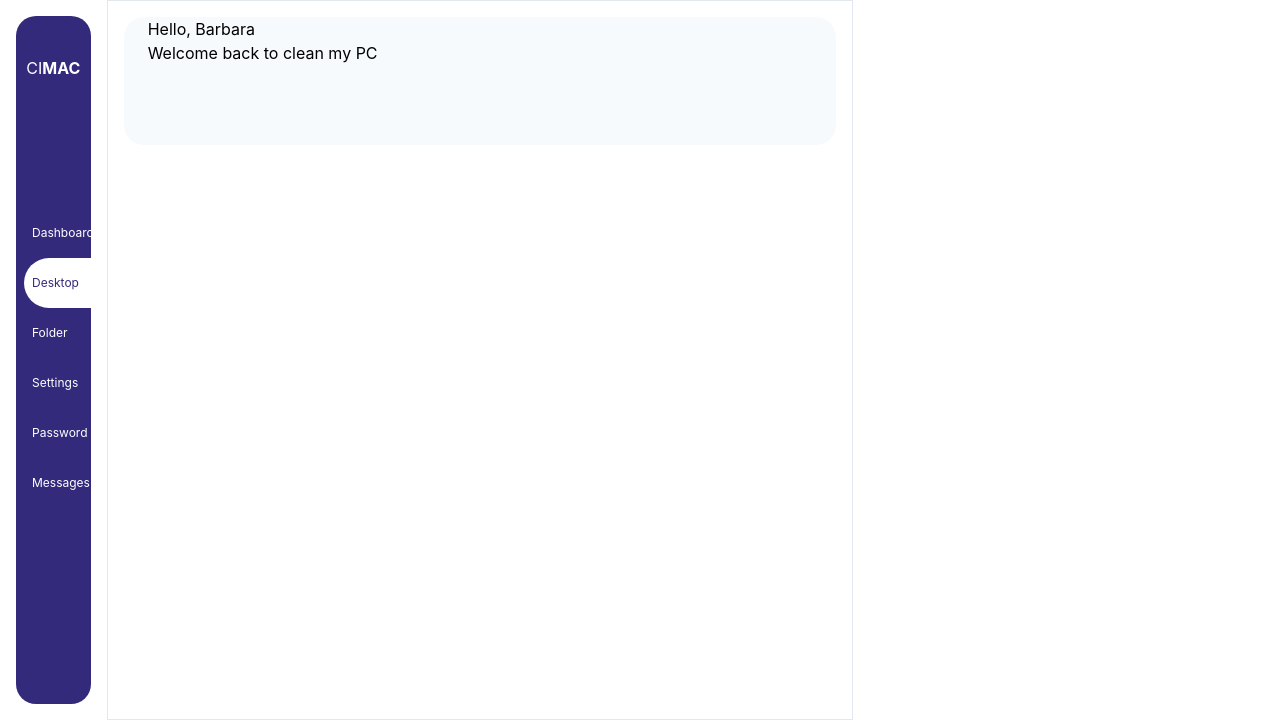
Repository: charleyvibez/experiment-Utility-software-UI
Page: index.html
These files come from the project's save history. The page is drawn as it stood at one moment and after the next save; the edit follows.
The browser window is 1280 px wide. The pictures show the whole page.

Above is the page before, as saved 2020-03-17 23:48:44.

After the next save:
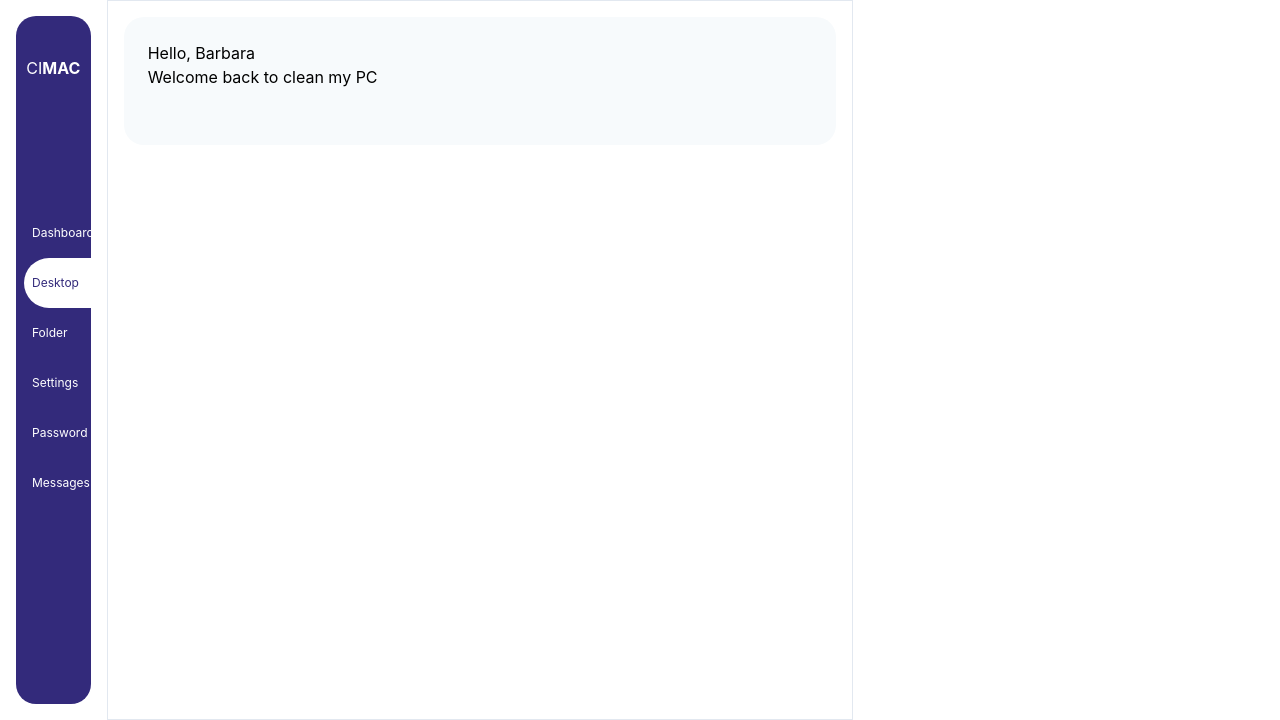
Saved 6 s later.
--- a/index.html
+++ b/index.html
@@ -30,7 +30,7 @@
 
   <main class="w-7/12 p-4 h-screen border">
     <div class="main-container">
-      <div class="hello px-6 h-32 bg-gray-100 rounded-xl">
+      <div class="hello p-6 h-32 bg-gray-100 rounded-xl">
         <h1>Hello, Barbara</h1>
         <p>Welcome back to clean my PC</p>
       </div>
